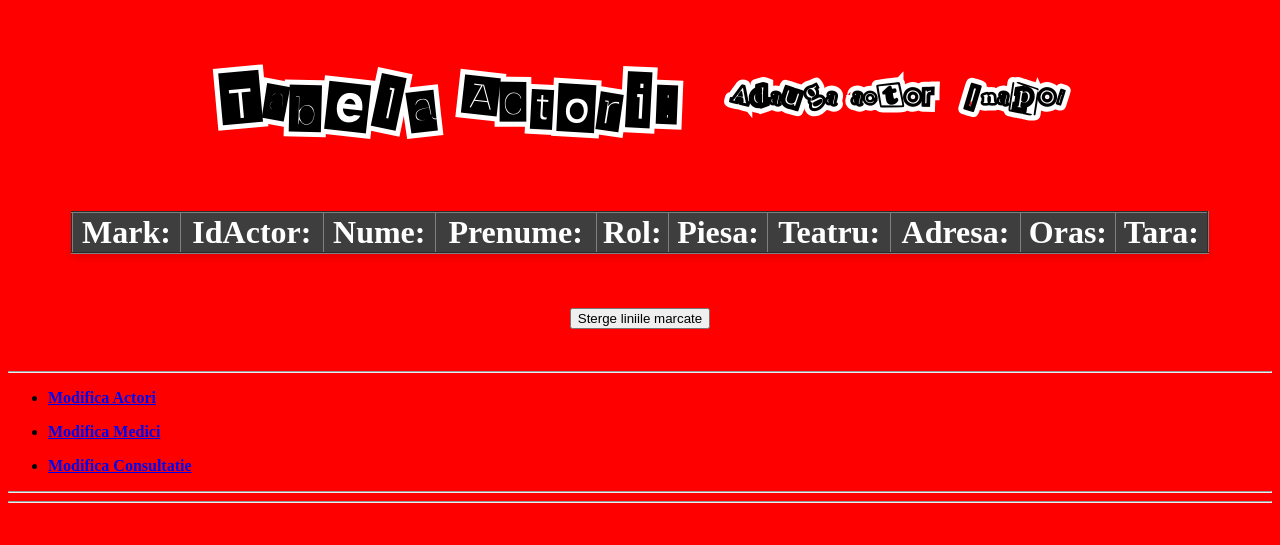
Repository: SusStefan/ActorDB
Page: http://localhost/Actori/tabela_actori.jsp
An editor plug-in stored every save of this project. The page is shown before and after the next save, followed by the edit.
The browser window is 1280 px wide. The pictures show the whole page.
The page is served by Tomcat 9. Queries for data that is not in the repository find no rows.

Above is the page before, as saved 2025-12-13 00:53:01.
Console error: TypeError: Cannot set properties of null (setting 'innerHTML')

After the next save:
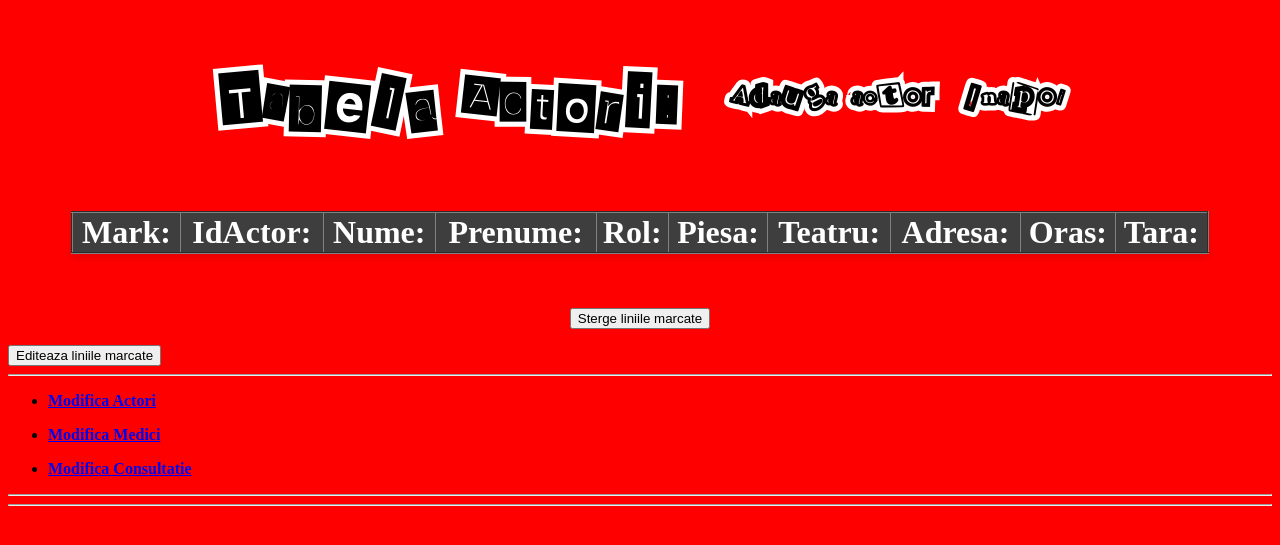
Saved 36 s later.
--- a/Actori/src/main/webapp/tabela_actori.jsp
+++ b/Actori/src/main/webapp/tabela_actori.jsp
@@ -61,6 +61,8 @@
  <input type="submit" value="Sterge liniile marcate">
  </p>
  </form>
+ <input type="submit" value="Editeaza liniile marcate">
+ </form>
  <%
  rs.close();
  jb.disconnect();
